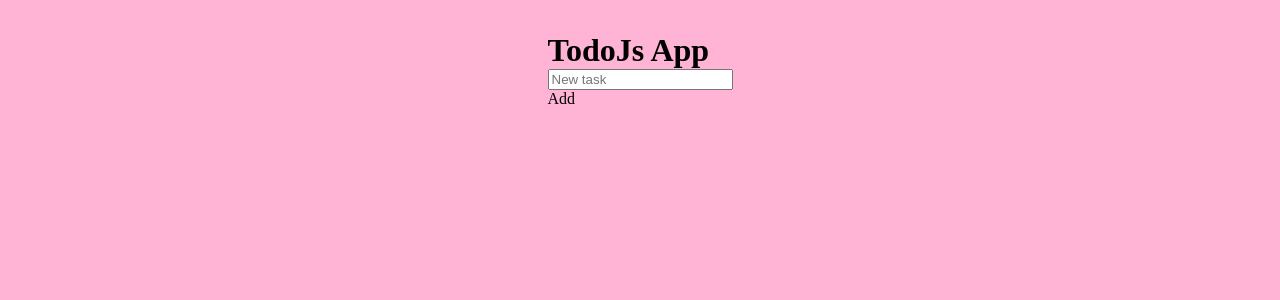
Repository: AlexandraYuhno/todo
Page: index.html
The author's editor kept a copy of each file at every save. The page is drawn from the files as they stood at one save, then again after the next save.
The browser window is 1280 px wide. The pictures show the whole page.

Above is the page before, as saved 2024-06-17 10:05:01.

### index.html
<!DOCTYPE html>
<html lang="en">
<head>
    <meta charset="UTF-8">
    <meta name="viewport" content="width=device-width, initial-scale=1.0">
    <title>TodoJs</title>
    <link rel="stylesheet" href="style.css">
</head>
<body>
    <div class="todo">
        <div class="todo__content">
            <h1 class="todo__title"> TodoJs App </h1>
            <div class="todo__new">
                <input type="text" placeholder="New task" id="new">
                <div class="todo__add" id="add">Add</div>
            </div>
        </div>

    </div>
    <script src="script.js"></script>
</body>
</html>

### style.css
*{
    margin: 0;
    box-sizing: border-box;
}

body{
    background-color: #ffb3d5;
    display: flex;
    justify-content: center;
    padding: 32px;
}

.todo__new{

}

Loaded but not shown: script.js (no copy from this time; the picture is the same without it)

After the next save:
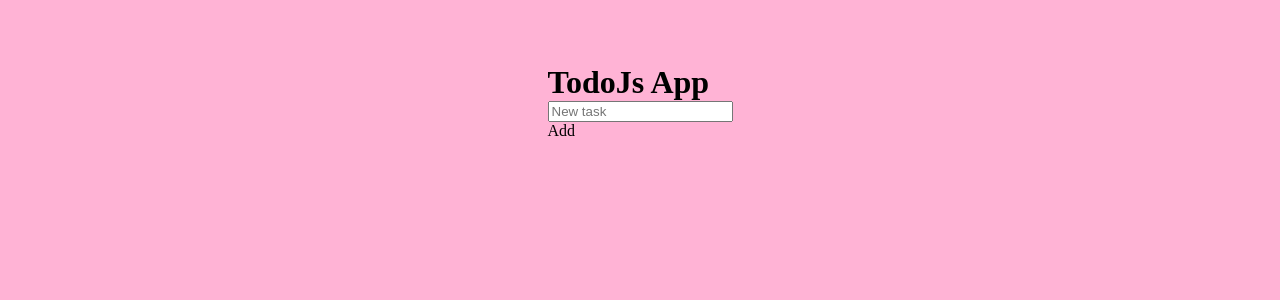
Saved 43 s later.
--- a/style.css
+++ b/style.css
@@ -10,6 +10,10 @@
     padding: 32px;
 }
 
+.todo{
+    padding: 32px;
+}
+
 .todo__new{
 
 }
